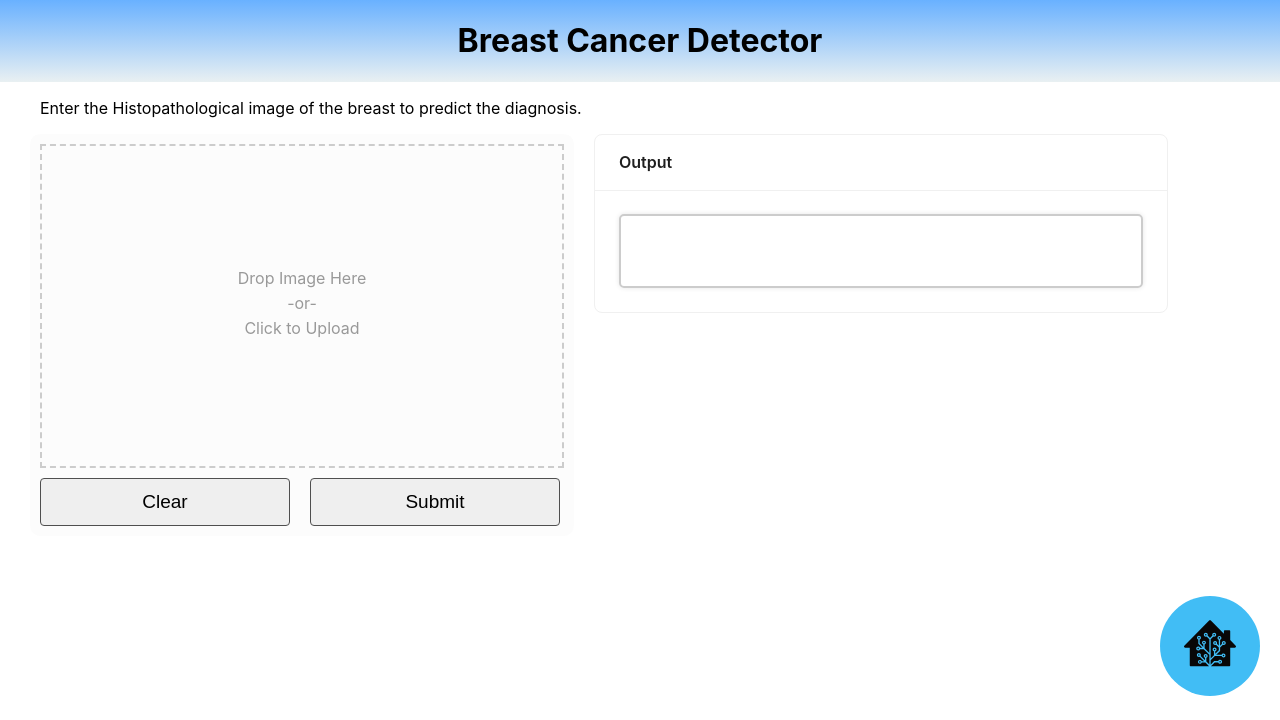
Repository: xshamrose/RAYi-AI
Page: /BreastCancerDetector-app (app in client/)
The author's editor kept a copy of each file at every save. The page is drawn from the files as they stood at one save, then again after the next save.
The browser window is 1280 px wide. The pictures show the whole page.
The project was rebuilt for these pictures with package versions that can differ from the ones it lists, and the page was loaded fresh each time. Also part of the build but not shown: client/src/App.css, client/src/pages/Home.js, client/src/pages/home.css.

Above is the page before, as saved 2024-03-09 13:29:19.

After the next save:
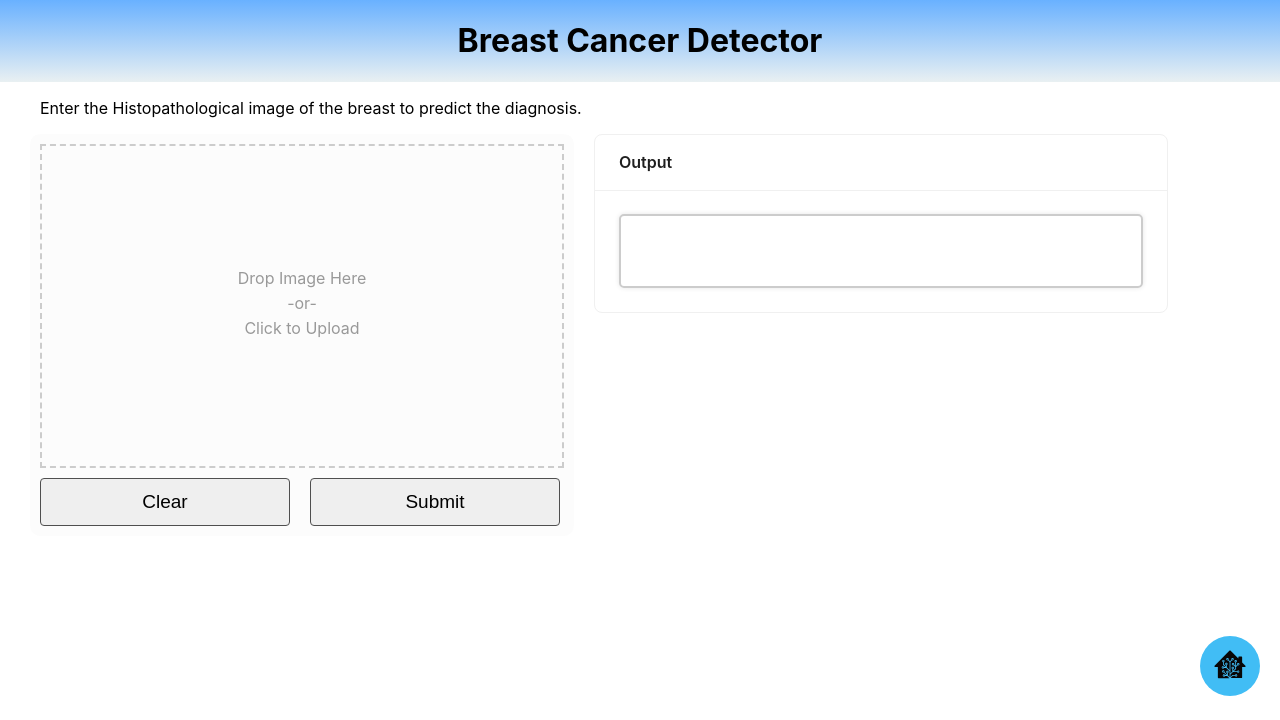
Saved 3 min 22 s later.
--- a/client/src/pages/Candetect.js
+++ b/client/src/pages/Candetect.js
@@ -160,7 +160,7 @@
       <div className="ask-me-icon">
       <div class="tooltip-container">
   <span class="tooltip">Uiverse.io</span>
-  <span class="text"><img alt="Ai" src={ai}  /></span>
+  <span class="text"><img alt="Ai" src={ai} style={{height:"60px"}} /></span>
 </div>
 
     </div>
